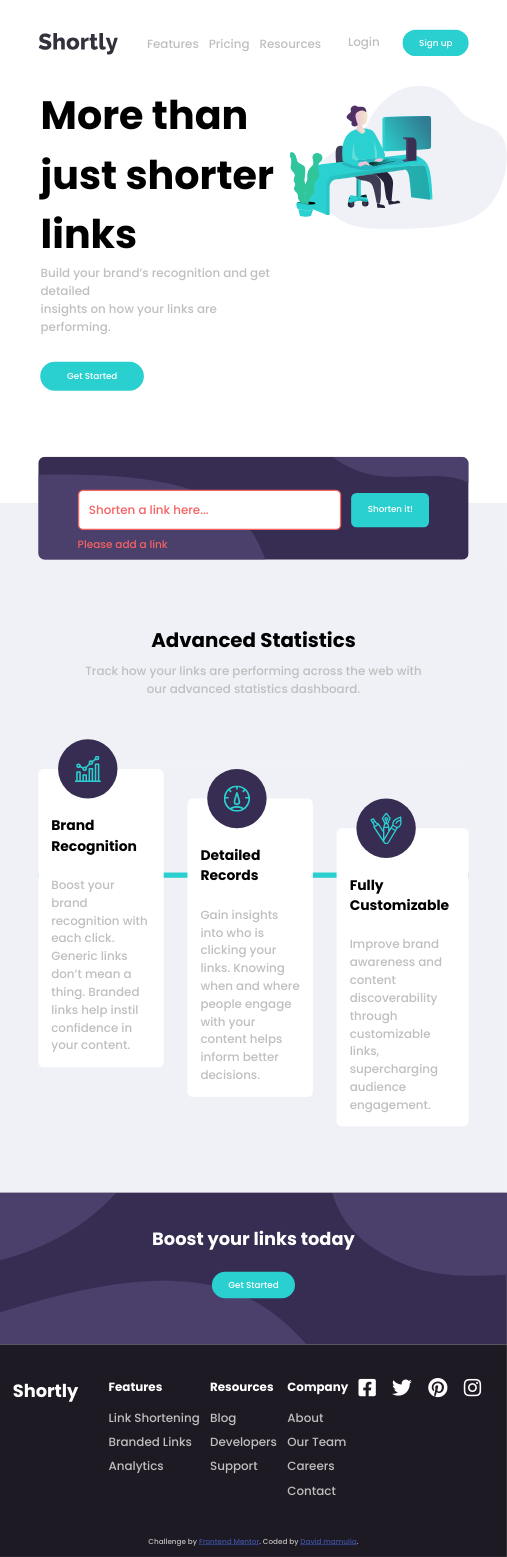
Repository: mamulini/URL-shortener
Page: index.html
An editor plug-in stored every save of this project. The page is shown before and after the next save, followed by the edit.
The browser window is 768 px wide. The pictures show the whole page, at 66% of full size.
Some web libraries are served in a nearby version. The style sheet was rebuilt from its Sass, Less or Tailwind sources for each picture, by a compiler version that may differ from the author's.

Above is the page before, as saved 2020-04-18 13:55:48.

After the next save:
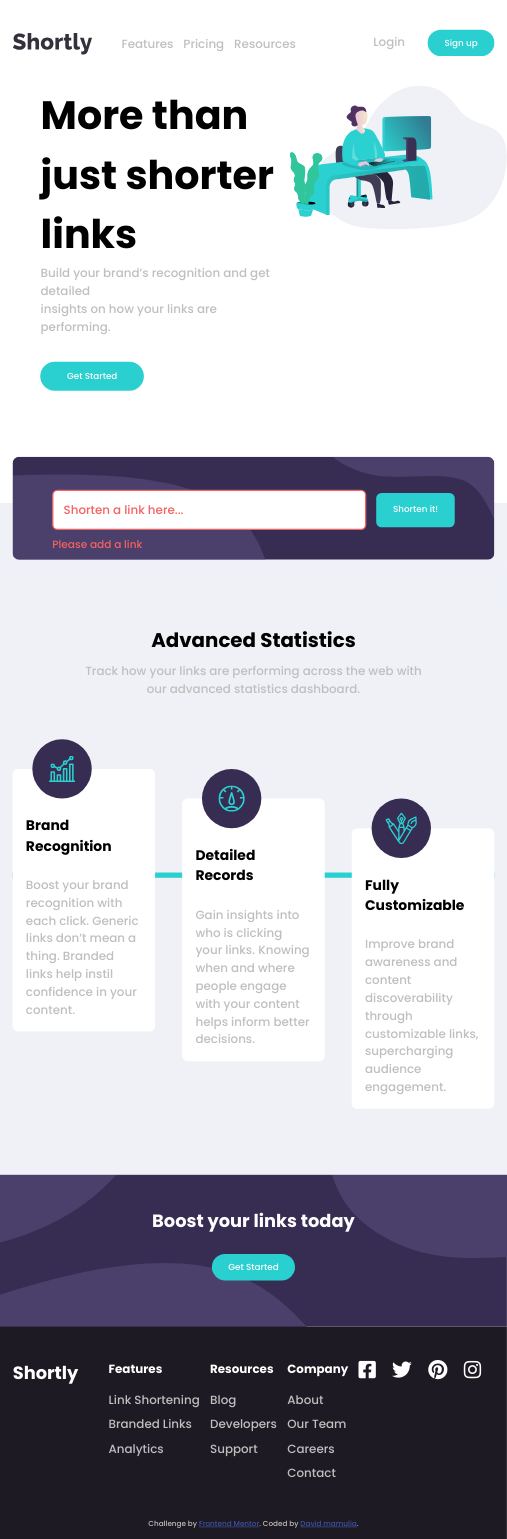
Saved 31 s later.
--- a/sass/main.scss
+++ b/sass/main.scss
@@ -28,6 +28,9 @@ img {
 .container {
     max-width: 85%;
     margin: 0 auto;
+    @media screen and (max-width: 880px) {
+        max-width: 95%;
+    }
 }
 
 .header {
@@ -317,9 +320,7 @@ img {
         padding-top: 50px;
         display: flex;
         justify-content: space-between;
-        @media screen and (max-width: 880px) {
-            max-width: 95%;
-        }
+
 
     }
 
